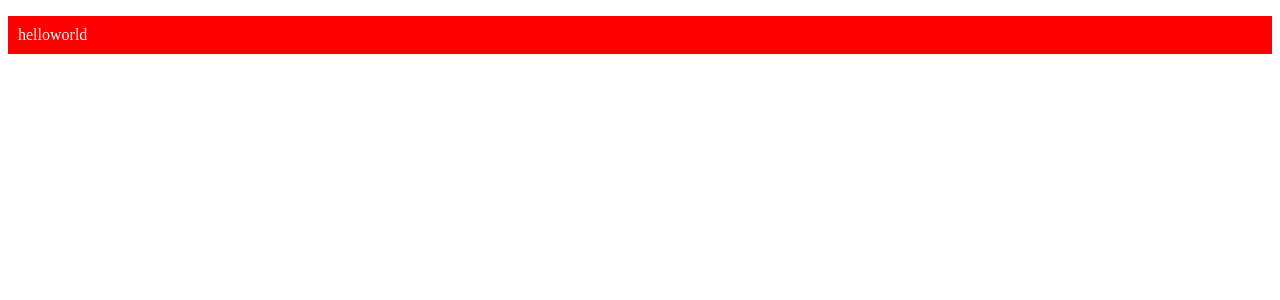
Repository: yeyanghui0616/web-components-test
Page: 01-hellolworld.html
These files come from the project's save history. The page is drawn as it stood at one moment and after the next save; the edit follows.
The browser window is 1280 px wide. The pictures show the whole page.

Above is the page before, as saved 2023-07-17 14:27:38.

### 01-hellolworld.html
<!DOCTYPE html>
<html lang="en">
<head>
    <meta charset="UTF-8">
    <meta name="viewport" content="width=device-width, initial-scale=1.0">
    <title>第一个webcomponents组件</title>
</head>
<body>
    <!-- 使用组件 -->
    <hello-world></hello-world>
    <template id="hw-template">
        <style>
            /* 组件的样式，支队template内部的标签有效 */
            p{
                padding: 10px;
                background-color: red;
                color: #fff;
            }
        </style>
        <p>
            helloworld
        </p>
    </template>

    <script>

        // 定义组件类
        class HelloWorld extends HTMLElement {
            constructor(){
                super()
                // 得到组件的模版内容
                const templateContent = document.querySelector('#hw-template').content
                // 创建组件的根元素，影子DOM节点
                const shadowRoot = this.attachShadow({mode:'open'})
                // 将模版节点添加到影子DOM节点中
                shadowRoot.appendChild(templateContent.cloneNode(true))
            }

        }

        // customElements.define('组件的名字',组件类)
        customElements.define('hello-world', HelloWorld)

    </script>

</body>
</html>

After the next save:
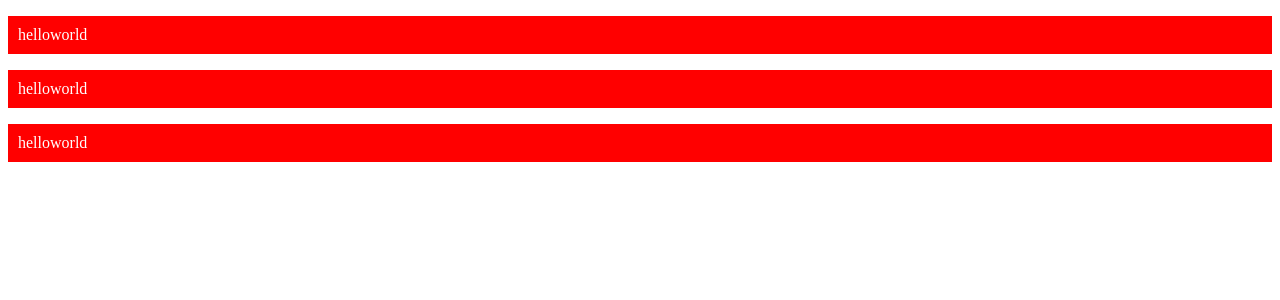
Saved 48 s later.
--- a/01-hellolworld.html
+++ b/01-hellolworld.html
@@ -7,6 +7,8 @@
 </head>
 <body>
     <!-- 使用组件 -->
+    <hello-world></hello-world>
+    <hello-world></hello-world>
     <hello-world></hello-world>
     <template id="hw-template">
         <style>
